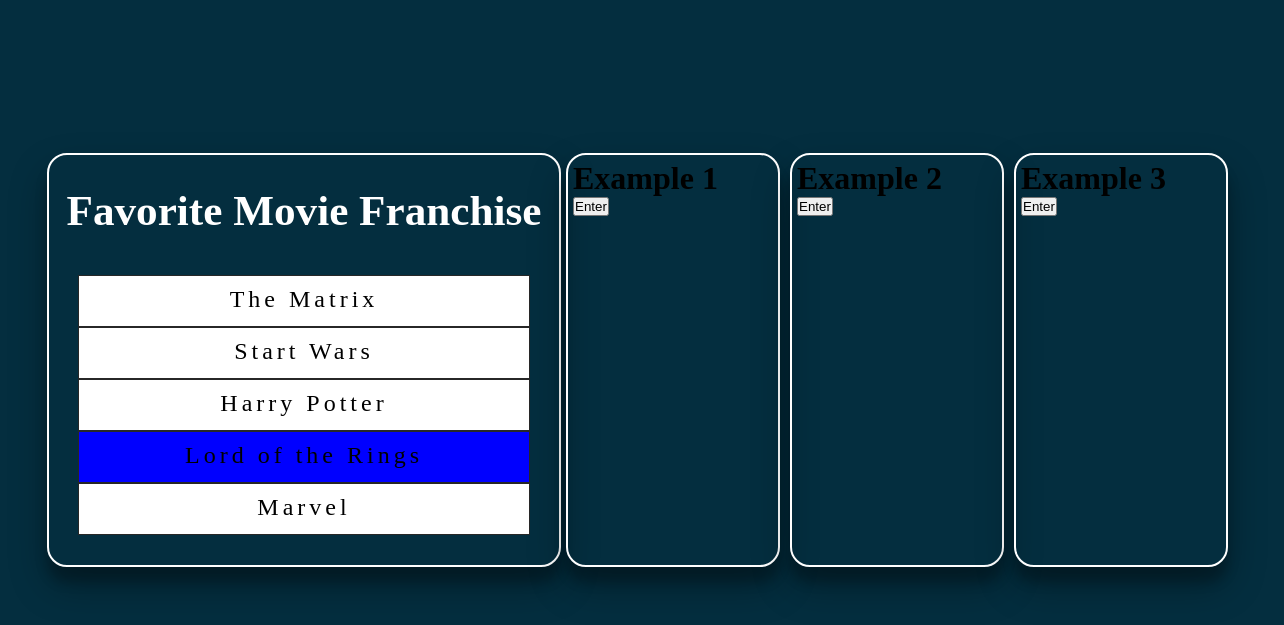
Repository: Ellisvelandia/DOM-Manipulation
Page: index.html
The author's editor kept a copy of each file at every save. The page is drawn from the files as they stood at one save, then again after a run of saves.
The browser window is 1280 px wide. The page is 1280 px wide, then 1284 px, so the pictures cover 1284 px, including what lies to the right of the window. The pictures show the whole page.

Above is the page before, as saved 2022-08-22 16:37:59.

### index.html
<!DOCTYPE html>
<html lang="en">
  <head>
    <meta charset="UTF-8" />
    <meta http-equiv="X-UA-Compatible" content="IE=edge" />
    <meta name="viewport" content="width=device-width, initial-scale=1.0" />
    <link rel="stylesheet" href="style.css" />
    <title>Master DOM Manipulation</title>
  </head>
  <body>
    <div class="container">
      <h1 id="main-heading">Favorite Movie Franchise</h1>
      <ul>
        <li class="list-items">The Matrix</li>
        <li class="list-items">Start Wars</li>
        <li class="list-items">Harry Potter</li>
        <li class="list-items">Lord of the Rings</li>
        <li class="list-items">Marvel</li>
      </ul>
    </div>

    <div class="container_event_listener">
      <div class="boxes box-1">
        <h1 id="heading">Example 1</h1>
        <button onclick="alert('I love Javascript')">Enter</button>
      </div>
      <div class="boxes box-2">
        <h1 id="heading">Example 2</h1>
        <button class="btn-2">Enter</button>
      </div>
      <div class="boxes box-3">
        <h1 id="heading">Example 3</h1>
        <button class="btn-3">Enter</button>
      </div>
    </div>

    <script src="app.js"></script>
  </body>
</html>

### style.css
* {
  padding: 0;
  margin: 0;
}

body {
  background-color: #042e3f;
  max-width: 100%;
  height: 100vh;
  display: flex;
  justify-content: center;
  align-items: center;
}

.container {
  display: flex;
  align-items: center;
  flex-direction: column;
  justify-content: center;
  border: 1px solid transparent;
  padding: 5px;
  border-radius: 20px;
  height: 400px;
  width: 500px;
  border: 2px solid #fff;
  box-shadow: rgba(0, 0, 0, 0.3) 0px 19px 38px,
    rgba(0, 0, 0, 0.22) 0px 15px 12px;
}

#main-heading {
  font-size: 2.7rem;
  font-weight: 900;
  color: #fff;
  padding-bottom: 40px;
}

.list-items {
  text-align: center;
  color: #000;
  font-size: 1.5rem;
  font-weight: 300;
  background-color: #fff;
  padding-top: 10px;
  width: 450px;
  height: 40px;
  border: rgb(39, 39, 39) solid 1px;
  letter-spacing: 4px;
}

ul {
  list-style: none;
}

.container_event_listener {
  display: flex;
}

.boxes {
  margin: 5px;
  display: inline-block;
  align-items: center;
  flex-direction: row;
  justify-content: center;
  border: 1px solid transparent;
  padding: 5px;
  border-radius: 20px;
  height: 400px;
  width: 200px;
  border: 2px solid #fff;
  box-shadow: rgba(0, 0, 0, 0.3) 0px 19px 38px,
    rgba(0, 0, 0, 0.22) 0px 15px 12px;
}

### app.js
// // // const title = document.querySelector("#main-heading");

// // // title.style.color = "red";

// // // console.log(title);

// // // const listItems = document.querySelectorAll(".list-items");

// // // for (i = 0; i < listItems.length; i++) {
// // //   listItems[i].style.fontSize = "2rem";
// // // }

// // // console.log(listItems);

// // // Creating Element

// // const ul = document.querySelector("ul");
// // const li = document.querySelector("li");

// // // Adding Elements

// // ul.append(li)

// // // Modifying the text

// // // const firstListItem = document.querySelector('.list-items');

// // // console.log (firstListItem.innerText);
// // // console.log (firstListItem.textContent);
// // // console.log (firstListItem.innerHTML);

// // li.innerText = 'x-men';

// // // Modifying Attributes & classes

// // li.classList.remove('list-items')

// // console.log(li.classList.contains('list-items'));

// // // Remove Elements

// // li.remove();

// // traverse the DOM

// // Parent Node Traversal

// let ul = document.querySelector("ul");

// // console.log(ul.parentNode.parentNode);
// // console.log(ul.parentElement.parentElement);

// const html = document.documentElement;

// console.log(html.parentNode);
// console.log(html.parentElement)

// Child Node Traversal

let ul = document.querySelector('ul');

// console.log(ul.childNodes);
// console.log(ul.firstChild);
// console.log(ul.lastChild);

ul.childNodes[7].style.backgroundColor = 'blue'

// console.log (ul.children);
// console.log(ul.firstElementChild);
// console.log(ul.lastElementChild);

// Sibling  Traversal

// let ul = document.querySelector("ul");
// const div = document.querySelector("div");

// console.log(div.childNodes)

// console.log(ul.previousElementSibling);
// console.log(ul.nextElementSibling);

After the next 2 saves:
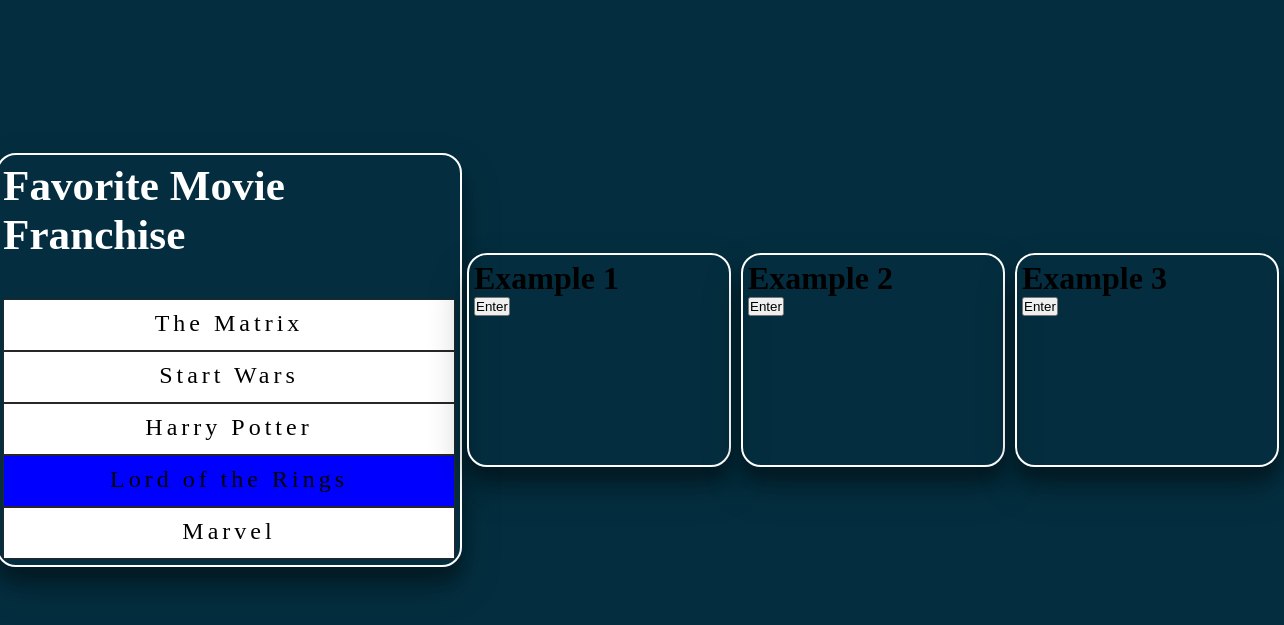
The 2 saves are shown as one change because they came seconds apart.
The last was saved 8 s later.
--- a/style.css
+++ b/style.css
@@ -64,8 +64,8 @@
   border: 1px solid transparent;
   padding: 5px;
   border-radius: 20px;
-  height: 400px;
-  width: 200px;
+  height: 200px;
+  width: 250px;
   border: 2px solid #fff;
   box-shadow: rgba(0, 0, 0, 0.3) 0px 19px 38px,
     rgba(0, 0, 0, 0.22) 0px 15px 12px;
